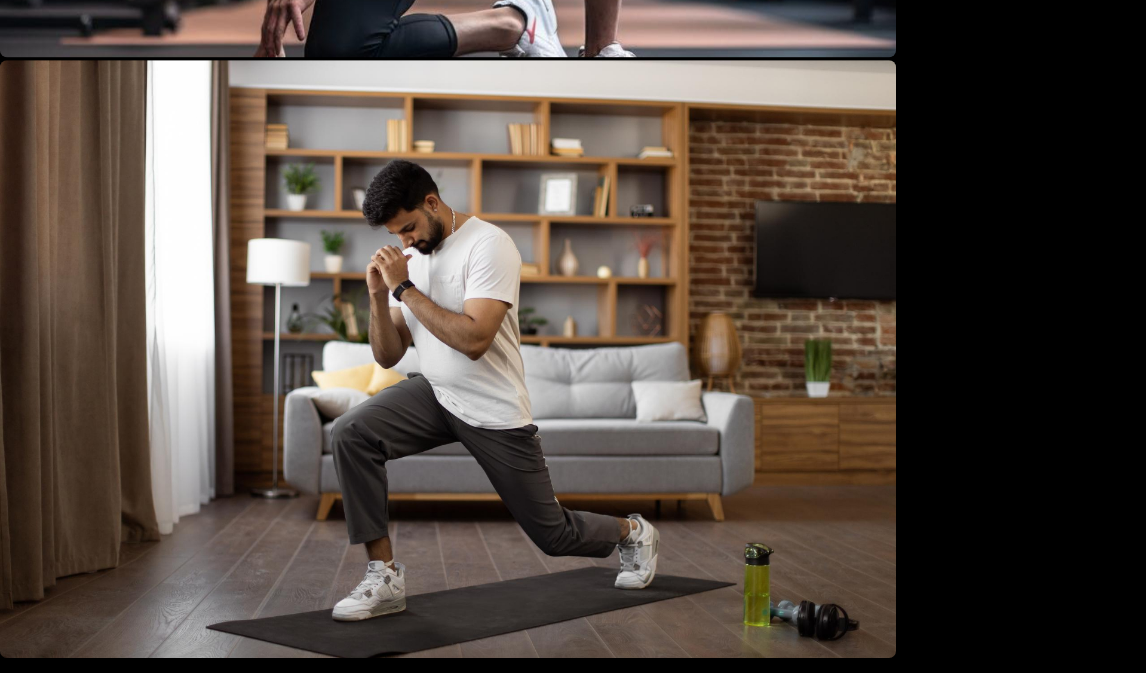
Repository: Aminul-Islam85/Assignment-2
Page: index.html
The author's editor kept a copy of each file at every save. The page is drawn from the files as they stood at one save, then again after the next save.
The browser window is 1280 px wide. The page is 1637 px wide, so the pictures cover 1637 px, including what lies to the right of the window. The pictures show the part of the page from y = 4980 to 6500 px (the page is 5942 px tall before and 6770 px after), at 70% of full size.

Above is the page before, as saved 2024-10-23 16:18:03.

After the next save:
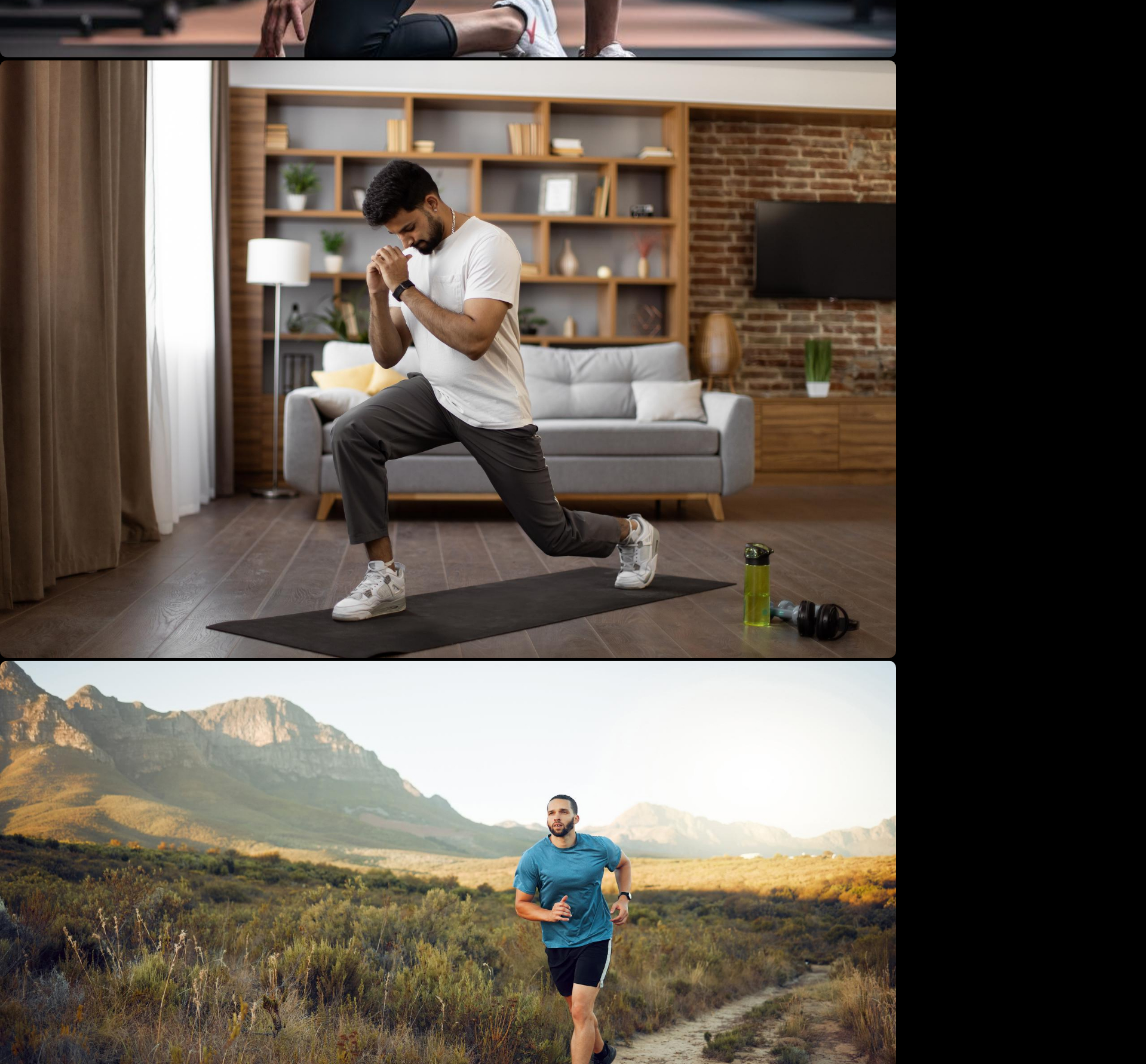
Saved 36 s later.
--- a/index.html
+++ b/index.html
@@ -109,7 +109,7 @@
                 <p></p>
             </div>
             <div class="exercise-item">
-                <img src="" alt="">
+                <img src="images/run.jpg" alt="">
                 <div></div>
                 <p></p>
             </div>
